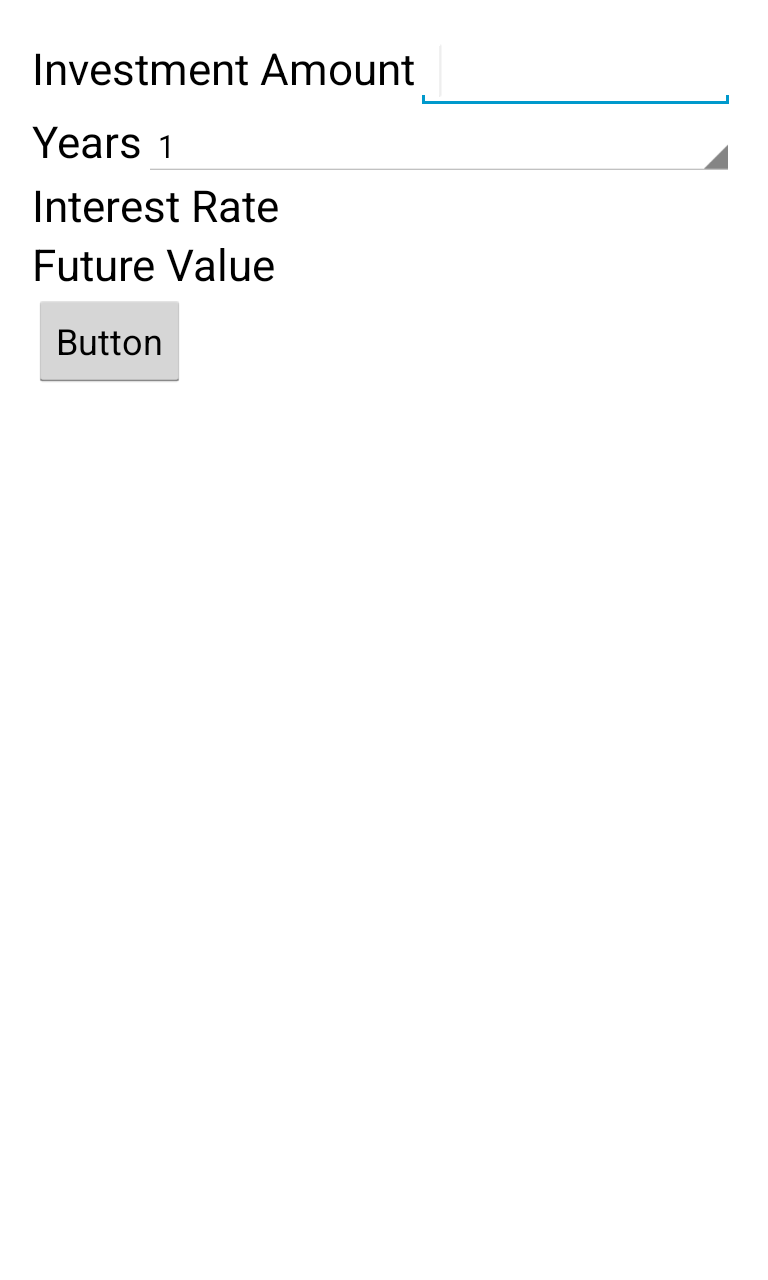
Repository: murrayr7/CISC181.PS5
Layout: FutureValueOfInvestment/res/layout/activity_main.xml
These files come from the project's save history. The layout is drawn as it stood at one moment and after the next save; the edit follows.
It is drawn on a 768 x 1280 px phone screen (xhdpi) without system bars, with theme AppTheme; the app's code is not run.

Above is the layout before, as saved 2014-10-25 02:09:32.

### FutureValueOfInvestment/res/layout/activity_main.xml
<LinearLayout xmlns:android="http://schemas.android.com/apk/res/android"
    xmlns:tools="http://schemas.android.com/tools"
    android:layout_width="match_parent"
    android:layout_height="match_parent"
    android:orientation="vertical"
    android:paddingBottom="@dimen/activity_vertical_margin"
    android:paddingLeft="@dimen/activity_horizontal_margin"
    android:paddingRight="@dimen/activity_horizontal_margin"
    android:paddingTop="@dimen/activity_vertical_margin"
    tools:context="com.example.futurevalueofinvestment.MainActivity" >

    <LinearLayout
        android:layout_width="match_parent"
        android:layout_height="wrap_content" >

        <TextView
            android:id="@+id/textView1"
            android:layout_width="wrap_content"
            android:layout_height="wrap_content"
            android:text="@string/investment_amount"
            android:textAppearance="?android:attr/textAppearanceLarge" />

        <EditText
            android:id="@+id/editText1"
            android:layout_width="wrap_content"
            android:layout_height="wrap_content"
            android:layout_weight="1"
            android:ems="10"
            android:inputType="numberDecimal" >

            <requestFocus />
        </EditText>

    </LinearLayout>

    <LinearLayout
        android:layout_width="match_parent"
        android:layout_height="wrap_content" >

        <TextView
            android:id="@+id/textView2"
            android:layout_width="wrap_content"
            android:layout_height="wrap_content"
            android:text="Years"
            android:textAppearance="?android:attr/textAppearanceLarge" />

        <Spinner
            android:id="@+id/spinner1"
            android:layout_width="wrap_content"
            android:layout_height="wrap_content"
            android:layout_weight="1"
            android:entries="@array/year_values" />

    </LinearLayout>

    <LinearLayout
        android:layout_width="match_parent"
        android:layout_height="wrap_content" >

        <TextView
            android:id="@+id/textView3"
            android:layout_width="wrap_content"
            android:layout_height="wrap_content"
            android:text="Interest Rate"
            android:textAppearance="?android:attr/textAppearanceLarge" />

    </LinearLayout>

    <LinearLayout
        android:layout_width="match_parent"
        android:layout_height="wrap_content" >

        <TextView
            android:id="@+id/textView4"
            android:layout_width="wrap_content"
            android:layout_height="wrap_content"
            android:text="Future Value"
            android:textAppearance="?android:attr/textAppearanceLarge" />

    </LinearLayout>

    <Button
        android:id="@+id/button1"
        android:layout_width="wrap_content"
        android:layout_height="wrap_content"
        android:text="Button" />

</LinearLayout>

### FutureValueOfInvestment/res/values/strings.xml
<?xml version="1.0" encoding="utf-8"?>
<resources>

    <string name="app_name">Future Value of Investment</string>
    <string name="hello_world">Hello world!</string>
    <string name="action_settings">Settings</string>
    <string name="investment_amount">Investment Amount</string>
    <string name="future_value">Future Value</string>
    <string name="button">Calculate</string>
    <string name="interest_rate">Interest Rate</string>
    <string-array name="year_values">
        <item >1</item>
        <item >2</item>
        <item >3</item>
        <item >4</item>
        <item >5</item>
        <item >6</item>
        <item >7</item>
        <item >8</item>
        <item >9</item>
        <item >10</item>
    </string-array>
    <string name="year">Years</string>

</resources>

Loaded but not shown: FutureValueOfInvestment/res/values/styles.xml (common file); FutureValueOfInvestment/res/values-v11/styles.xml (common file); FutureValueOfInvestment/res/values-v14/styles.xml (common file); FutureValueOfInvestment/res/values/dimens.xml (common file); FutureValueOfInvestment/res/values-w820dp/dimens.xml (common file)

After the next save:
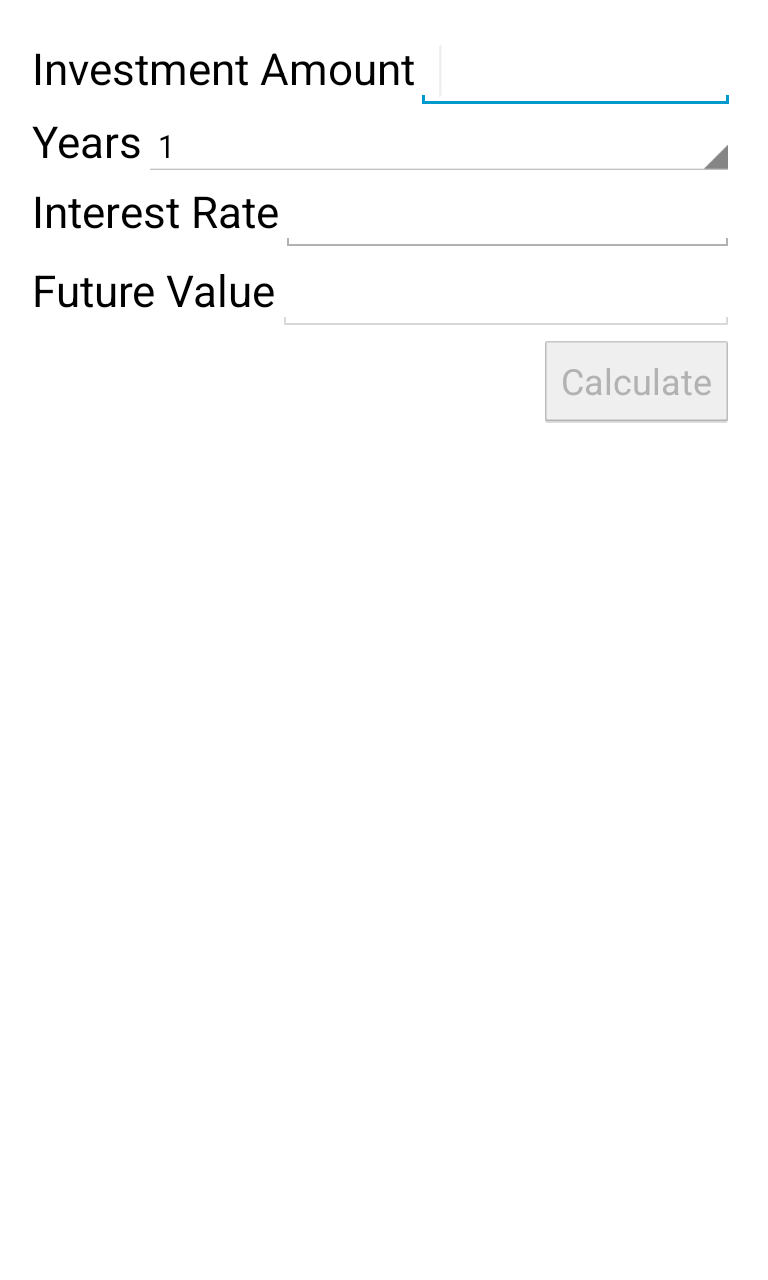
Saved 83 s later.
--- a/FutureValueOfInvestment/res/layout/activity_main.xml
+++ b/FutureValueOfInvestment/res/layout/activity_main.xml
@@ -2,6 +2,7 @@
     xmlns:tools="http://schemas.android.com/tools"
     android:layout_width="match_parent"
     android:layout_height="match_parent"
+    android:gravity="right"
     android:orientation="vertical"
     android:paddingBottom="@dimen/activity_vertical_margin"
     android:paddingLeft="@dimen/activity_horizontal_margin"
@@ -41,7 +42,7 @@
             android:id="@+id/textView2"
             android:layout_width="wrap_content"
             android:layout_height="wrap_content"
-            android:text="Years"
+            android:text="@string/year"
             android:textAppearance="?android:attr/textAppearanceLarge" />
 
         <Spinner
@@ -61,8 +62,16 @@
             android:id="@+id/textView3"
             android:layout_width="wrap_content"
             android:layout_height="wrap_content"
-            android:text="Interest Rate"
+            android:text="@string/interest_rate"
             android:textAppearance="?android:attr/textAppearanceLarge" />
+
+        <EditText
+            android:id="@+id/editText2"
+            android:layout_width="wrap_content"
+            android:layout_height="wrap_content"
+            android:layout_weight="1"
+            android:ems="10"
+            android:inputType="numberDecimal" />
 
     </LinearLayout>
 
@@ -74,8 +83,17 @@
             android:id="@+id/textView4"
             android:layout_width="wrap_content"
             android:layout_height="wrap_content"
-            android:text="Future Value"
+            android:text="@string/future_value"
             android:textAppearance="?android:attr/textAppearanceLarge" />
+
+        <EditText
+            android:id="@+id/editText3"
+            android:layout_width="wrap_content"
+            android:layout_height="wrap_content"
+            android:layout_weight="1"
+            android:ems="10"
+            android:enabled="false"
+            android:inputType="numberDecimal" />
 
     </LinearLayout>
 
@@ -83,6 +101,7 @@
         android:id="@+id/button1"
         android:layout_width="wrap_content"
         android:layout_height="wrap_content"
-        android:text="Button" />
+        android:enabled="false"
+        android:text="@string/button" />
 
 </LinearLayout>
